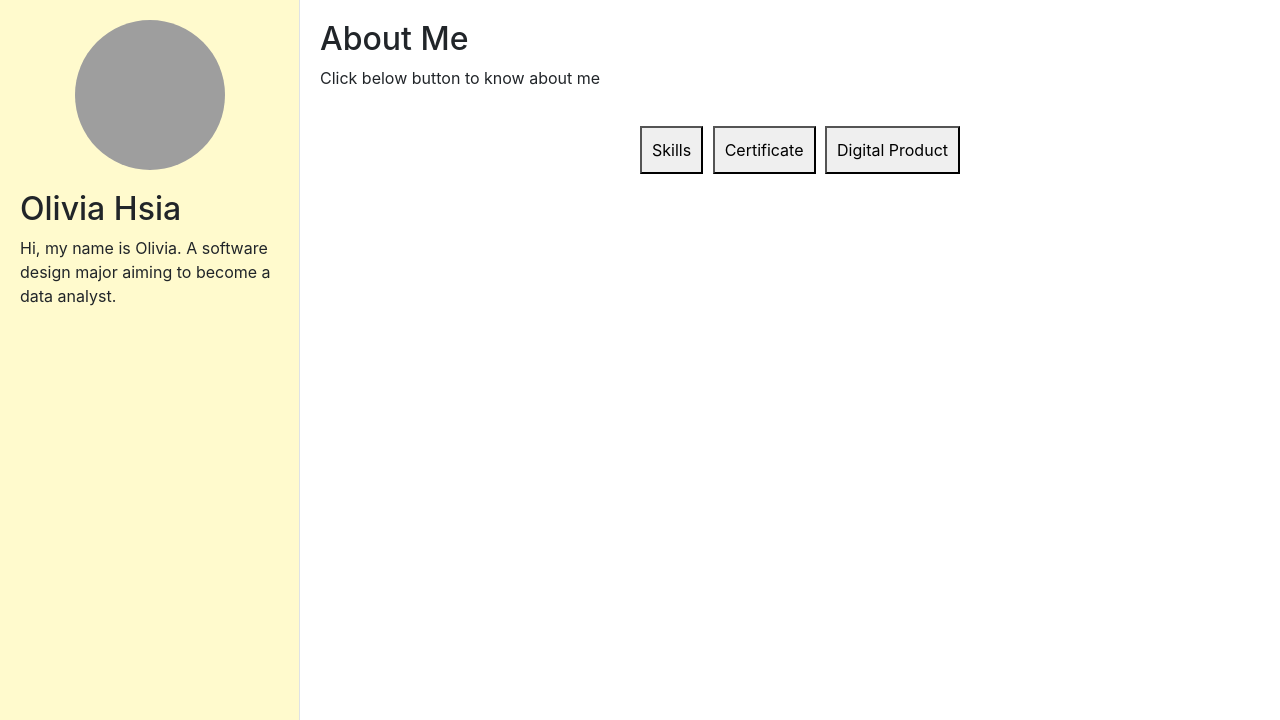
Repository: oliviahsia/FinalProject
Page: src/main/webapp/WEB-INF/main.html
These files come from the project's save history. The page is drawn as it stood at one moment and after the next save; the edit follows.
The browser window is 1280 px wide. The pictures show the whole page.
Pictures or frames that could not be fetched are drawn as grey boxes. An inner scrolling area shows only its first screen. Some web libraries are served in a nearby version.

Above is the page before, as saved 2024-03-09 14:37:34.

After the next save:
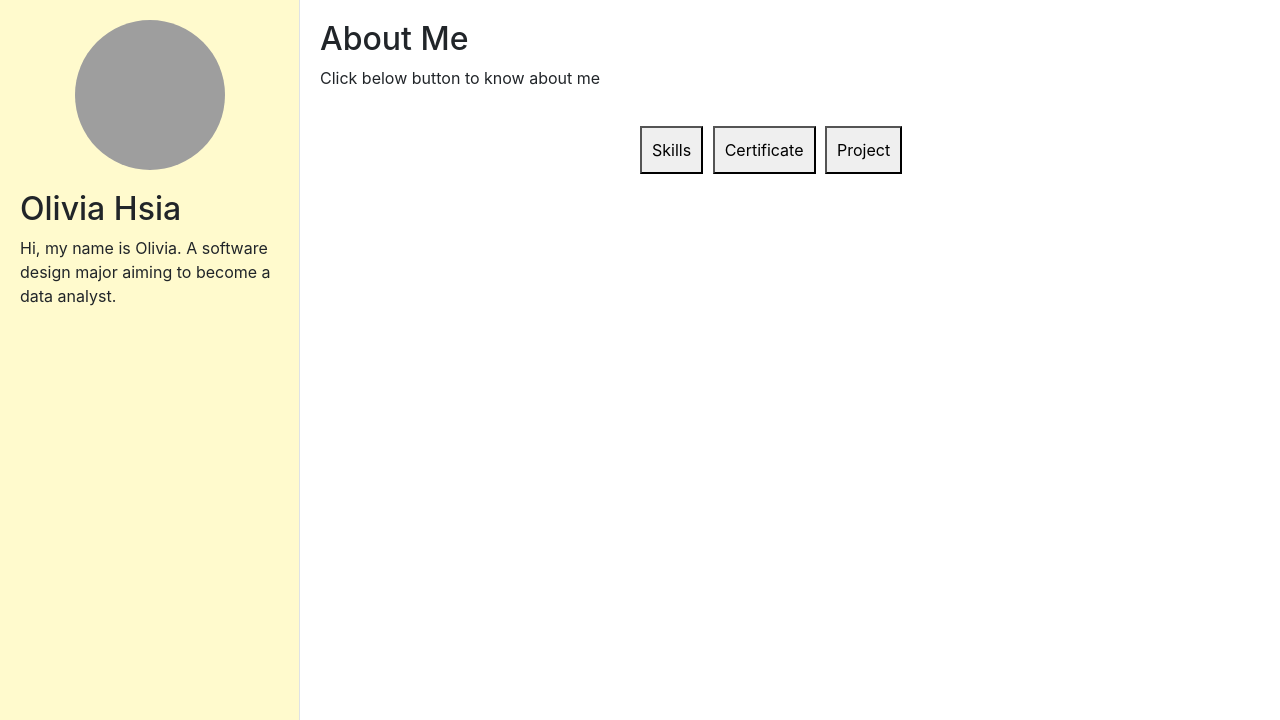
Saved 7 s later.
--- a/src/main/webapp/WEB-INF/main.html
+++ b/src/main/webapp/WEB-INF/main.html
@@ -31,7 +31,7 @@
       <div class="navigation-buttons">
         <button class="nav-button" onclick="showSection('skills',this)">Skills</button>
         <button class="nav-button" onclick="showSection('certificate',this)">Certificate</button>
-        <button class="nav-button" onclick="showSection('digital',this)">Digital Product</button>
+        <button class="nav-button" onclick="showSection('digital',this)">Project</button>
       </div>
 
       <!-- Content sections -->
